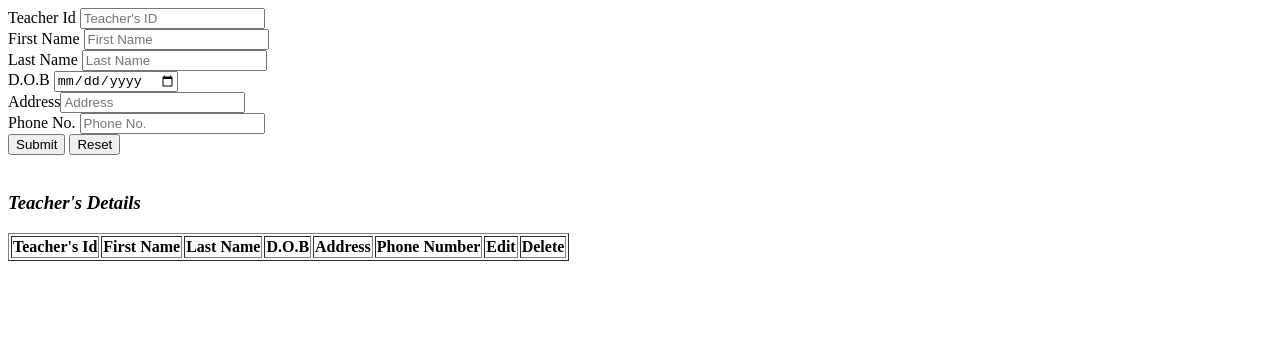
Repository: shubhamsingh331/Learners_Academy
Page: http://localhost/LearnersAcademy/Teachers/Teachers.jsp
The author's editor kept a copy of each file at every save. The page is drawn from the files as they stood at one save, then again after the next save.
The browser window is 1280 px wide. The pictures show the whole page.
The page is served by Tomcat 9. Other server files are loaded and not shown. Queries for data that is not in the repository find no rows.

Above is the page before, as saved 2023-10-09 11:27:22.

### LearnersAcademy/src/main/webapp/Teachers/Teachers.jsp
<%@ page language="java" contentType="text/html; charset=ISO-8859-1"
    pageEncoding="ISO-8859-1"%>
<!DOCTYPE html>
<html>
<head>
<meta charset="ISO-8859-1">
<title>Insert title here</title>
</head>
<body>
<form action="AddTeachers.jsp" method="post">
Teacher Id <input type="text" placeholder="Teacher's ID" name="id"><br>
First Name <input type="text" placeholder="First Name" name="fname"><br>
Last Name <input type="text" placeholder="Last Name" name="lname"><br>
D.O.B <input type="date" placeholder="D.O.B" name="dob"><br>
Address<input type="text" placeholder="Address" name ="address"><br>
Phone No. <input type="text" placeholder="Phone No." name="phono"><br>
<input type="submit" value="Submit">
<input type="reset" value="Reset">
</form><br>
<%@include file="TeacherDisplay.jsp" %>

</body>
</html>

### LearnersAcademy/src/main/webapp/Teachers/TeacherDisplay.jsp
<%@page import="teachers.TeachersDAO"%>
<%@page import="java.util.List"%>
<%@page import="teachers.TeachersPojo"%>
<%@ page language="java" contentType="text/html; charset=ISO-8859-1"
    pageEncoding="ISO-8859-1"%>
<!DOCTYPE html>
<html>
<head>
<meta charset="ISO-8859-1">
<title>Insert title here</title>
</head>
<body>
<h3><i>Teacher's Details</i></h3>
<table border="1">
<tr><th>Teacher's Id</th><th>First Name</th><th>Last Name</th><th>D.O.B</th><th>Address</th><th>Phone Number</th><th>Edit</th><th>Delete</th></tr>
<%
TeachersDAO dao = new TeachersDAO();
List<TeachersPojo> list= dao.display();

for(TeachersPojo t:list){%>
<tr><td><%=t.getId() %></td><td><%=t.getFname() %></td><td><%=t.getLname() %></td><td><%=t.getDob() %></td><td><%=t.getAddress() %></td><td><%=t.getPhono()%></td><td><a href="TeachEdit.jsp?id=<%=t.getId()%>">Edit</a></td><td><a href="TeachDelete.jsp?id=<%=t.getId()%>">Delete</a></td></tr>
<%}%>
</table>
</body>
</html>

### LearnersAcademy/src/main/java/teachers/TeachersDAO.java
package teachers;

import java.sql.Connection;
import java.sql.PreparedStatement;
import java.sql.ResultSet;
import java.sql.SQLException;
import java.util.ArrayList;
import java.util.List;

import DBUtil.DbUtil;

public class TeachersDAO {
	public int insert(TeachersPojo teachers) throws ClassNotFoundException, SQLException {
		Connection con = DbUtil.dbcon();
		String sql = "insert into teachers values(?,?,?,?,?,?)";
		PreparedStatement ps = con.prepareStatement(sql);
		ps.setInt(1, teachers.getId());
		ps.setString(2, teachers.getFname());
		ps.setString(3, teachers.getLname());
		ps.setString(4, teachers.getDob());
		ps.setString(5, teachers.getAddress());
		ps.setLong(6, teachers.getPhono());

		return ps.executeUpdate();
	}

	public int update(TeachersPojo teachers) throws ClassNotFoundException, SQLException {
		Connection con = DbUtil.dbcon();
		String sql = "update teachers set fname=?, lname=?, dob=?, address=?, phono=? where id =?";
		PreparedStatement ps = con.prepareStatement(sql);
		ps.setInt(6, teachers.getId());
		ps.setString(1, teachers.getFname());
		ps.setString(2, teachers.getLname());
		ps.setString(3, teachers.getDob());
		ps.setString(4, teachers.getAddress());
		ps.setLong(5, teachers.getPhono());

		return ps.executeUpdate();
	}

	public int delete(TeachersPojo teachers) throws ClassNotFoundException, SQLException {
		Connection con = DbUtil.dbcon();
		String sql = "delete from teachers where id =?";
		PreparedStatement ps = con.prepareStatement(sql);
		ps.setInt(1, teachers.getId());


		return ps.executeUpdate();
	}

	public List<TeachersPojo> display() throws ClassNotFoundException, SQLException{
		Connection con = DbUtil.dbcon();

		List<TeachersPojo> list = new ArrayList<TeachersPojo>();
		String sql = "select * from teachers";
		PreparedStatement ps = con.prepareStatement(sql);
		ResultSet rs = ps.executeQuery();

		while(rs.next()) {
			TeachersPojo teachers = new TeachersPojo();
			teachers.setId(rs.getInt(1));
			teachers.setFname(rs.getString(2));
			teachers.setLname(rs.getString(3));
			teachers.setDob(rs.getString(4));
			teachers.setAddress(rs.getString(5));
			teachers.setPhono(rs.getLong(6));

			list.add(teachers);
		}
		return list;


	}

}

### LearnersAcademy/src/main/java/DBUtil/DbUtil.java
package DBUtil;

import java.sql.Connection;
import java.sql.DriverManager;
import java.sql.SQLException;

public class DbUtil {
	public static final String DRIVER_CLASS="com.mysql.jdbc.Driver";
	public static final String DB_URL="jdbc:mysql://localhost:3306/StudentManagement";
	public static final String USERNAME = "root";
	public static final String PASSWORD = "123456";
	public static Connection dbcon() throws ClassNotFoundException, SQLException {
		Class.forName(DRIVER_CLASS);

		Connection con = DriverManager.getConnection(DB_URL, USERNAME, PASSWORD);

		return con;

}

}

After the next save:
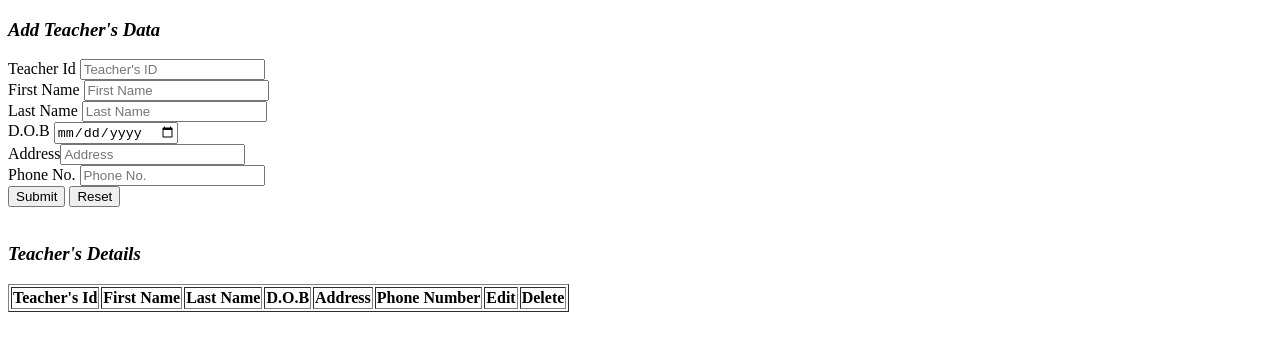
Saved 43 s later.
--- a/LearnersAcademy/src/main/webapp/Teachers/Teachers.jsp
+++ b/LearnersAcademy/src/main/webapp/Teachers/Teachers.jsp
@@ -7,6 +7,7 @@
 <title>Insert title here</title>
 </head>
 <body>
+<h3><i>Add Teacher's Data</i></h3>
 <form action="AddTeachers.jsp" method="post">
 Teacher Id <input type="text" placeholder="Teacher's ID" name="id"><br>
 First Name <input type="text" placeholder="First Name" name="fname"><br>
